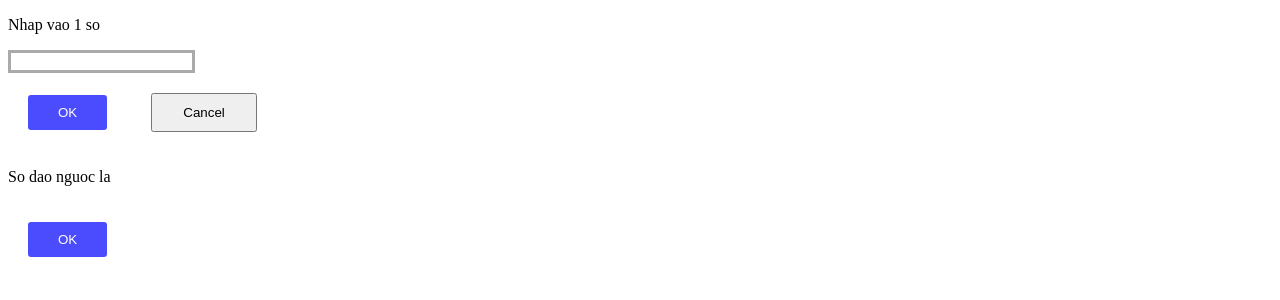
Repository: lhggiang/Sodaonguoc
Page: index.html
An editor plug-in stored every save of this project. The page is shown before and after the next save, followed by the edit.
The browser window is 1280 px wide. The pictures show the whole page.

Above is the page before, as saved 2023-05-19 06:59:54.

### index.html
<!DOCTYPE html>
<html lang="en">

<head>
    <meta charset="UTF-8">
    <meta http-equiv="X-UA-Compatible" content="IE=edge">
    <meta name="viewport" content="width=device-width, initial-scale=1.0">
    <link rel="stylesheet" href="./style.css">
    <title>Document</title>
</head>

<body>
    <div class="sodaonguoc">
        <p>Nhap vao 1 so</p>
        <input type="number" id="num">
        <div class="button">
            <button id="yes" class="ok btn">OK</button>
            <button class="btn">Cancel</button>
        </div>
        <p>So dao nguoc la <span id="result"></span></p>
        <button class="ok btn">OK</button>
    </div>

    <script src="./javascript.js"></script>
</body>

</html>

### style.css
#num {
  border: 3px solid #aaa;
}

.btn {
  margin: 20px;
  padding: 10px 30px;
}

.ok {
  background: rgba(0, 0, 255, 0.7);
  color: white;
  border-radius: 3px;
  border: none;
}

### javascript.js
//So dao nguoc
//C1:
document.getElementById("yes").onclick = function () {
  let num = parseInt(document.getElementById("num").value);
  let res = 0;
  while (num > 0) {
    res = res * 10 + (num % 10);
    num = parseInt(num / 10);
  }
  let result = document.getElementById("result");
  result.innerHTML = res;
};

After the next save:
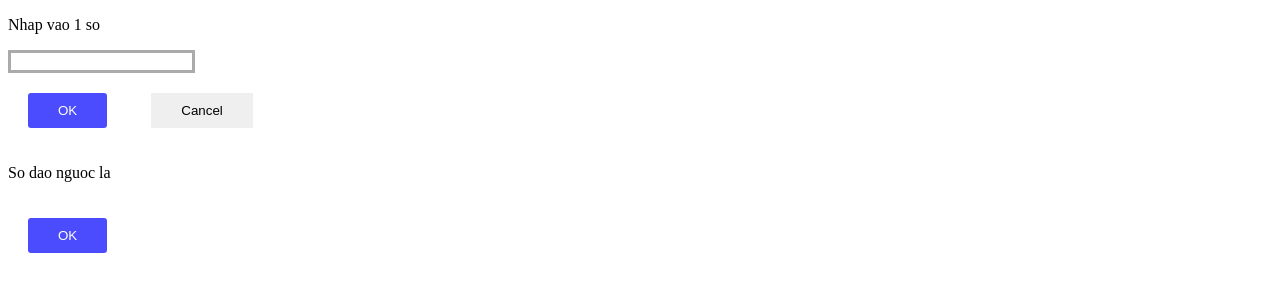
Saved 34 s later.
--- a/style.css
+++ b/style.css
@@ -5,11 +5,11 @@
 .btn {
   margin: 20px;
   padding: 10px 30px;
+  border: none;
 }
 
 .ok {
   background: rgba(0, 0, 255, 0.7);
   color: white;
   border-radius: 3px;
-  border: none;
 }
